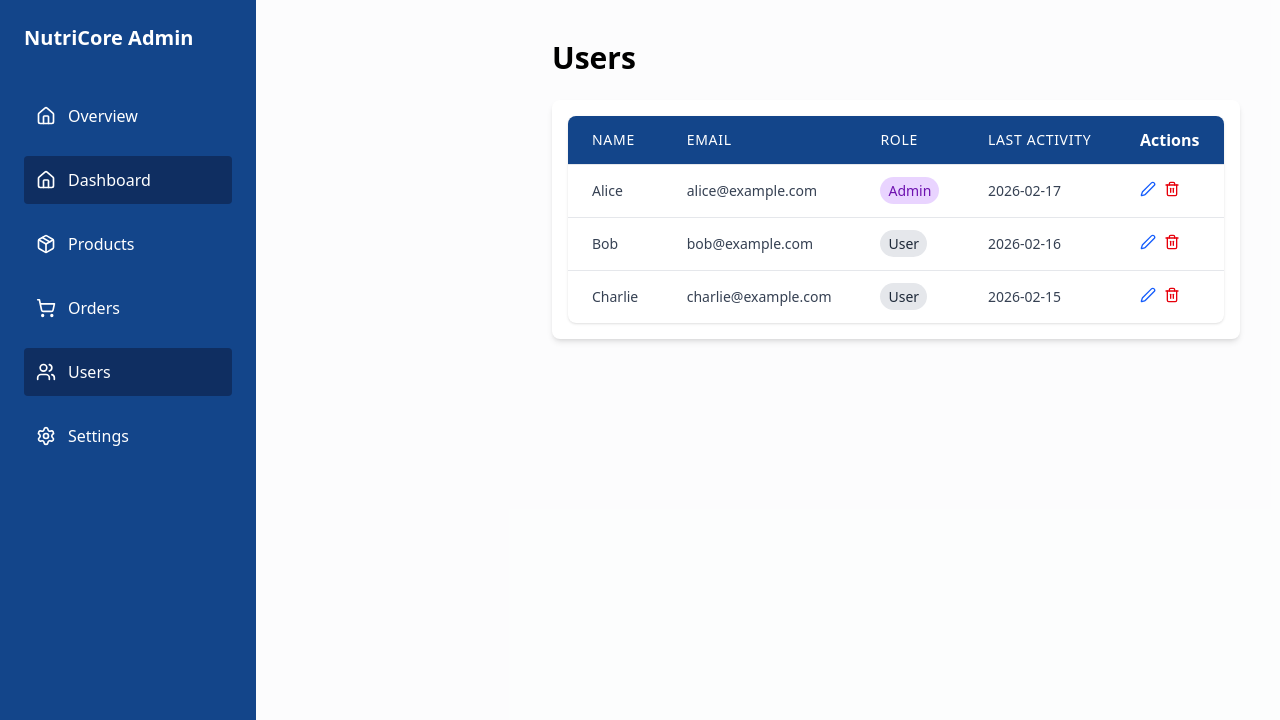
Repository: A-Nawaz512/NutriCore
Page: /admin/dashboard/users (app in frontend/)
These files come from the project's save history. The page is drawn as it stood at one moment and after a run of saves; the edit follows.
The browser window is 1280 px wide. The pictures show the whole page.
The project was rebuilt for these pictures with package versions that can differ from the ones it lists, and the page was loaded fresh each time. Also part of the build but not shown: frontend/vite.config.ts, frontend/src/shared/components/ui/Button.tsx, frontend/src/shared/components/ui/Badge.tsx, frontend/src/shared/components/layout/Header.tsx, frontend/src/shared/components/layout/Footer.tsx, frontend/src/shared/components/layout/MainLayout.tsx.

Above is the page before, as saved 2026-02-18 20:55:23.

After the next 3 saves:
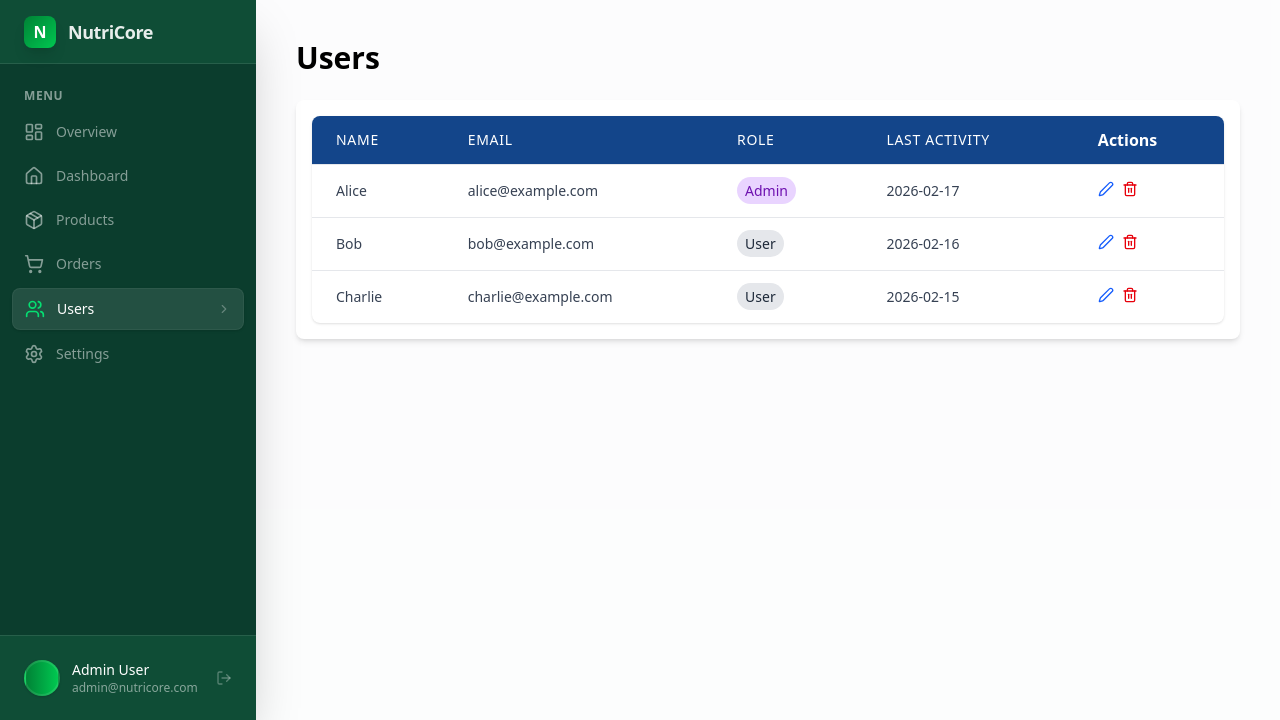
The 3 saves are shown as one change because they came seconds apart.
The last was saved 7 min 6 s later.
--- a/frontend/src/features/admin/components/AdminSidebar.tsx
+++ b/frontend/src/features/admin/components/AdminSidebar.tsx
@@ -1,36 +1,128 @@
-import { FC } from "react"
-import { NavLink } from "react-router-dom"
-import { Home, Package, Users, Settings, ShoppingCart } from "lucide-react"
+import { FC, useState } from "react"
+import { NavLink, useLocation } from "react-router-dom"
+import {
+  Home,
+  Package,
+  Users,
+  Settings,
+  ShoppingCart,
+  LayoutDashboard,
+  Menu,
+  X,
+  LogOut,
+  ChevronRight
+} from "lucide-react"
 
 const menu = [
-  { name: "Overview", icon: Home, path: "/admin/dashboard/overview" },
-  { name: "Dashboard", icon: Home, path: "/admin/dashboard" }, // optional main dashboard
+  { name: "Overview", icon: LayoutDashboard, path: "/admin/dashboard/overview" },
+  { name: "Dashboard", icon: Home, path: "/admin/dashboard" },
   { name: "Products", icon: Package, path: "/admin/dashboard/products" },
   { name: "Orders", icon: ShoppingCart, path: "/admin/dashboard/orders" },
   { name: "Users", icon: Users, path: "/admin/dashboard/users" },
   { name: "Settings", icon: Settings, path: "/admin/dashboard/settings" },
 ]
 
-const Sidebar: FC = () => (
-  <aside className="w-64 bg-[#13458A] text-white h-screen flex flex-col p-6">
-    <h1 className="text-xl font-bold mb-10">NutriCore Admin</h1>
-    <nav className="flex-1 space-y-4">
-      {menu.map(item => (
-        <NavLink
-          key={item.name}
-          to={item.path}
-          className={({ isActive }) =>
-            `flex items-center gap-3 p-3 rounded hover:bg-[#0f2e61] transition-colors ${
-              isActive ? "bg-[#0f2e61]" : ""
-            }`
-          }
+const AdminSidebar: FC = () => {
+  const [mobileOpen, setMobileOpen] = useState(false)
+  const location = useLocation()
+
+  const SidebarContent = () => (
+    <aside className="w-64 bg-[#0b3d2d] text-white h-full flex flex-col shadow-2xl">
+      {/* Brand Header */}
+      <div className="h-16 flex items-center px-6 border-b border-white/10 bg-[#0f4d36]">
+        <div className="flex items-center gap-3">
+          <div className="w-8 h-8 rounded-lg bg-gradient-to-br from-green-700 to-green-500 flex items-center justify-center shadow-lg">
+            <span className="font-bold text-white leading-none">N</span>
+          </div>
+          <span className="text-lg font-bold tracking-tight text-white/90">NutriCore</span>
+        </div>
+        <button
+          className="md:hidden ml-auto text-white/70 hover:text-white transition-colors"
+          onClick={() => setMobileOpen(false)}
         >
-          <item.icon className="w-5 h-5" />
-          {item.name}
-        </NavLink>
-      ))}
-    </nav>
-  </aside>
-)
+          <X size={20} />
+        </button>
+      </div>
 
-export default Sidebar
+      {/* Navigation */}
+      <nav className="flex-1 py-6 px-3 space-y-1 overflow-y-auto custom-scrollbar">
+        <p className="px-3 text-xs font-semibold text-white/50 uppercase tracking-wider mb-2">Menu</p>
+
+        {menu.map(item => {
+          const isActive = location.pathname === item.path
+          return (
+            <NavLink
+              key={item.name}
+              to={item.path}
+              end={item.path === "/admin/dashboard"}
+              onClick={() => setMobileOpen(false)}
+              className={({ isActive }) =>
+                `group flex items-center justify-between px-3 py-2.5 rounded-lg transition-all duration-200 text-sm font-medium ${isActive
+                  ? "bg-white/10 text-white shadow-sm border border-white/5"
+                  : "text-white/50 hover:bg-white/5 hover:text-white/90"
+                }`
+              }
+            >
+              <div className="flex items-center gap-3">
+                <item.icon
+                  className={`w-5 h-5 transition-colors ${isActive ? "text-green-400" : "text-white/50 group-hover:text-white/80"
+                    }`}
+                />
+                {item.name}
+              </div>
+              {isActive && <ChevronRight size={14} className="text-white/30" />}
+            </NavLink>
+          )
+        })}
+      </nav>
+
+      {/* Footer / User Profile */}
+      <div className="p-4 border-t border-white/10 bg-[#0f4d36]">
+        <div className="flex items-center gap-3 p-2 rounded-lg hover:bg-white/5 transition-colors cursor-pointer group">
+          <div className="w-9 h-9 rounded-full bg-gradient-to-r from-green-700 to-green-500 border-2 border-white/10 shadow-sm" />
+          <div className="flex-1 min-w-0">
+            <p className="text-sm font-medium text-white truncate">Admin User</p>
+            <p className="text-xs text-white/50 truncate">admin@nutricore.com</p>
+          </div>
+          <LogOut size={16} className="text-white/30 group-hover:text-white/70 transition-colors" />
+        </div>
+      </div>
+    </aside>
+
+  )
+
+  return (
+    <>
+      {/* Mobile Toggle Button */}
+      <button
+        className="md:hidden fixed top-4 left-4 z-50 bg-[#13458A] text-white p-2.5 rounded-lg shadow-lg hover:bg-[#0f366e] transition-colors"
+        onClick={() => setMobileOpen(true)}
+      >
+        <Menu size={20} />
+      </button>
+
+      {/* Mobile Overlay */}
+      {mobileOpen && (
+        <div
+          className="md:hidden fixed inset-0 bg-black/60 backdrop-blur-sm z-40 transition-opacity duration-300"
+          onClick={() => setMobileOpen(false)}
+        />
+      )}
+
+      {/* Mobile Sidebar (Drawer) */}
+      <div
+        className={`md:hidden fixed top-0 left-0 z-50 h-full w-64 shadow-2xl transition-transform duration-300 ease-out ${mobileOpen ? "translate-x-0" : "-translate-x-full"
+          }`}
+      >
+        <SidebarContent />
+      </div>
+
+      {/* Desktop Sidebar (Fixed) */}
+      <div className="hidden md:block fixed inset-y-0 left-0 z-30 w-64">
+        <SidebarContent />
+      </div>
+    </>
+  )
+}
+
+export default AdminSidebar
